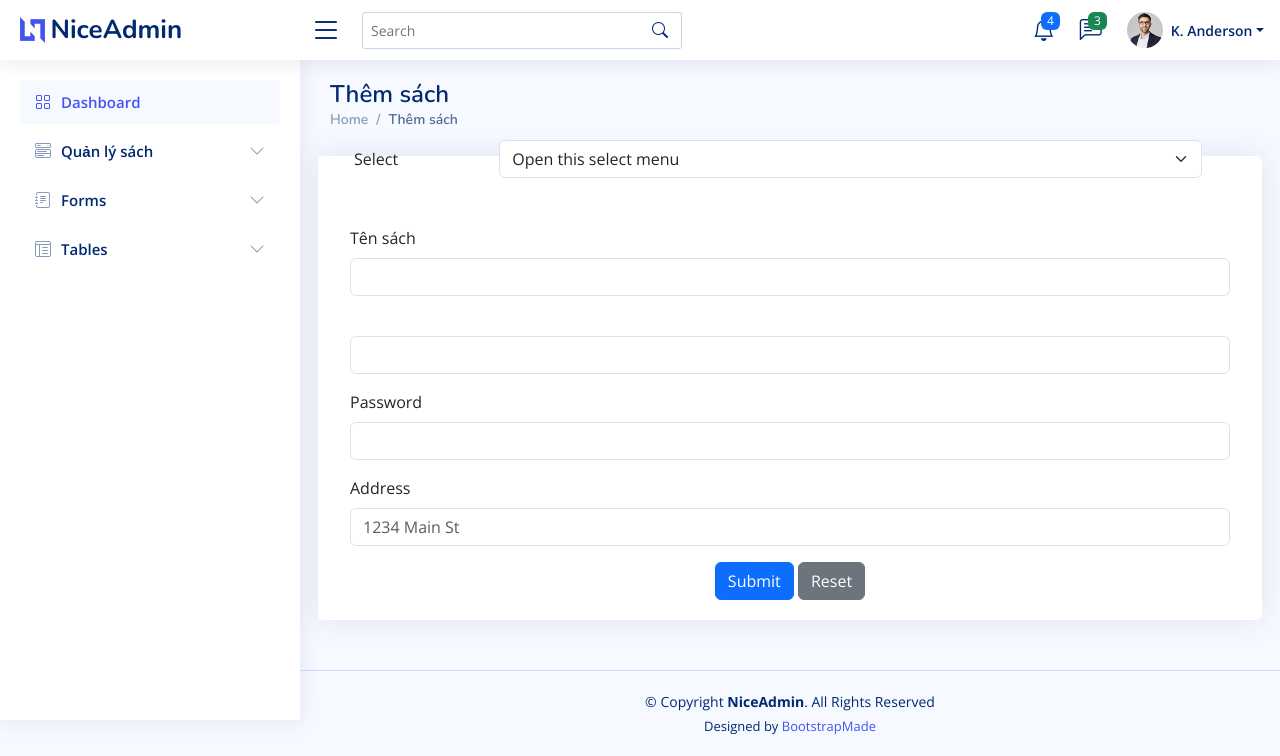
Repository: Hoainam7895123/library_manager
Page: http://localhost/library_manager/addBook.jsp
The author's editor kept a copy of each file at every save. The page is drawn from the files as they stood at one save, then again after the next save.
The browser window is 1280 px wide. The pictures show the whole page.
The page is served by Tomcat 9.

Above is the page before, as saved 2024-06-06 01:16:06.

After the next save:
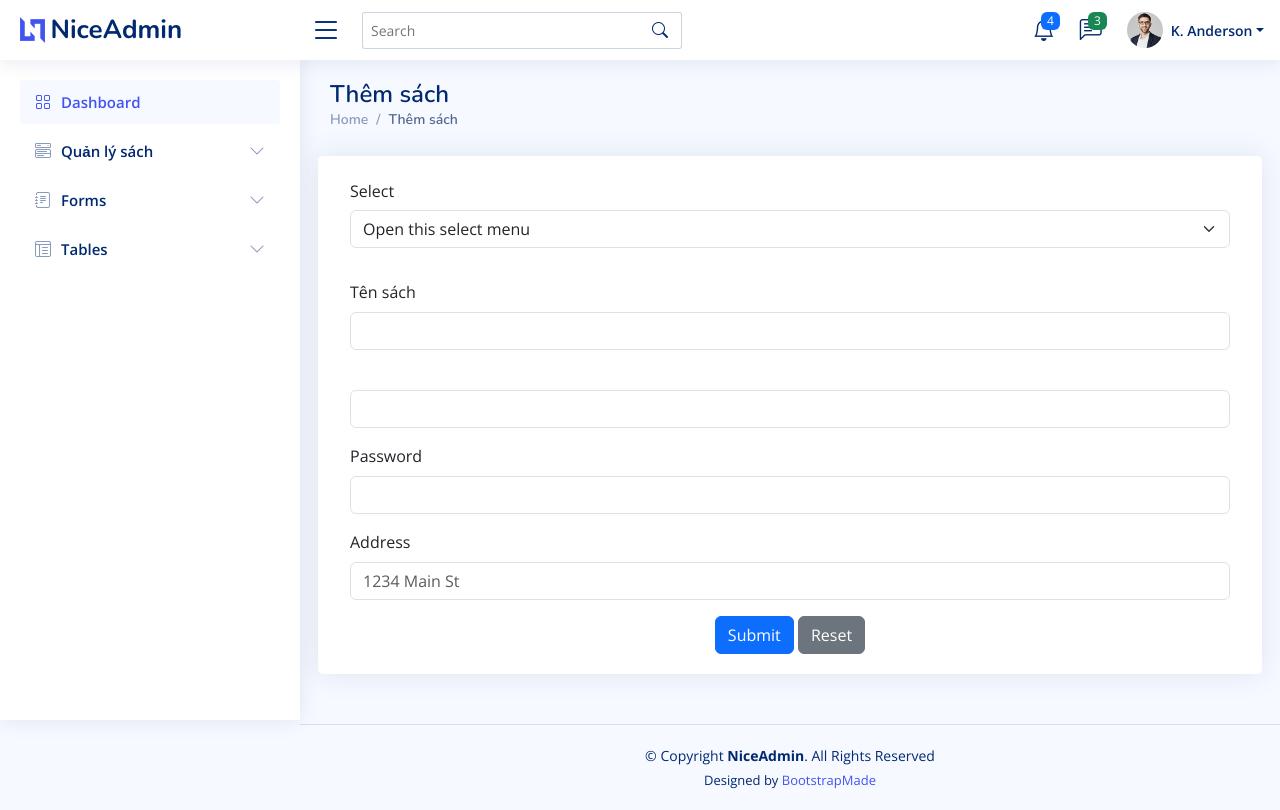
Saved 45 s later.
--- a/library_manager/src/main/webapp/addBook.jsp
+++ b/library_manager/src/main/webapp/addBook.jsp
@@ -355,16 +355,14 @@
 					<div class="card-body">
 						<!-- Vertical Form -->
 						<form class="row g-3">
-							<div class="row mb-3">
+							<div class="col-12 pt-3">
 								<label class="col-sm-2 col-form-label">Select</label>
-								<div class="col-sm-10">
 									<select class="form-select" aria-label="Default select example">
 										<option selected>Open this select menu</option>
 										<option value="1">One</option>
 										<option value="2">Two</option>
 										<option value="3">Three</option>
 									</select>
-								</div>
 							</div>
 							<div class="col-12 pt-3">
 								<label for="inputNanme4" class="form-label">Tên sách</label> <input
